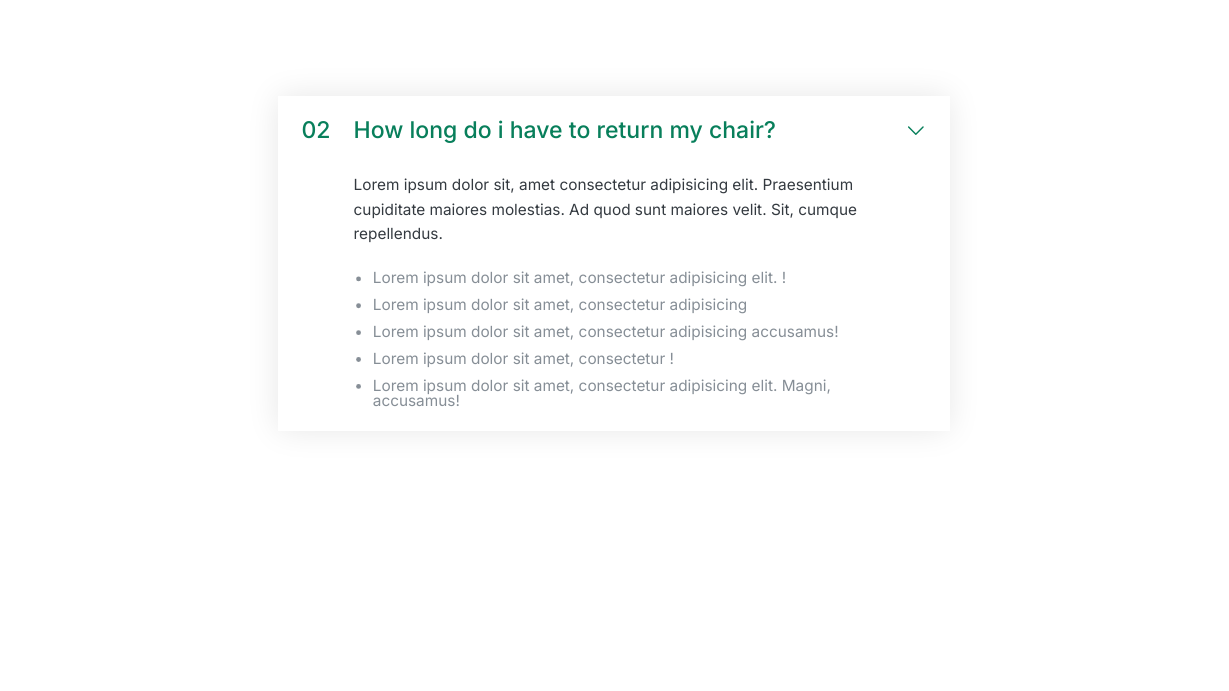
Repository: sunny070/CSS
Page: HTML and CSS some of the important components/index.html
The author's editor kept a copy of each file at every save. The page is drawn from the files as they stood at one save, then again after the next save.
The browser window is 1280 px wide. The pictures show the whole page, at 96% of full size.

Above is the page before, as saved 2023-11-13 15:21:11.

After the next save:
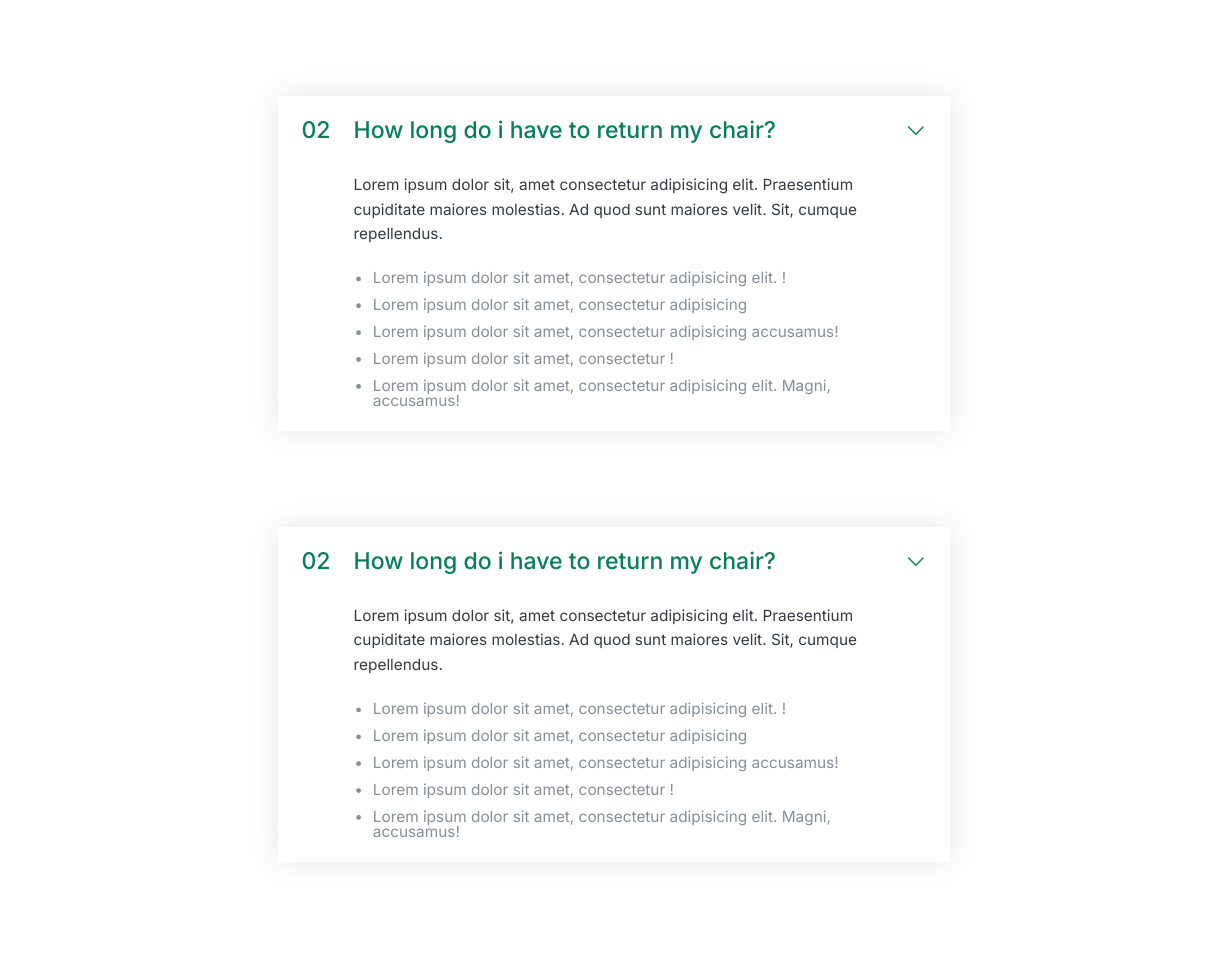
Saved 6 min 0 s later.
--- a/HTML and CSS some of the important components/index.html
+++ b/HTML and CSS some of the important components/index.html
@@ -104,6 +104,27 @@
   </div>
 
 </div>
+<div class="accordion">
+  <div class="item">
+  <p class="number"> 02</p>
+  <p class="text">How long do i have to return my chair?</p>
+  <svg class="icon" xmlns="http://www.w3.org/2000/svg" fill="none" viewBox="0 0 24 24" stroke-width="1.5" stroke="currentColor" class="w-6 h-6">
+    <path stroke-linecap="round" stroke-linejoin="round" d="M19.5 8.25l-7.5 7.5-7.5-7.5" />
+  </svg>
+  <div class="hidden-box">
+    <p>Lorem ipsum dolor sit, amet consectetur adipisicing elit. Praesentium cupiditate maiores molestias. Ad quod sunt maiores velit. Sit, cumque repellendus.</p>
+    <ul>
+      <li>Lorem ipsum dolor sit amet, consectetur adipisicing elit. !</li>
+      <li>Lorem ipsum dolor sit amet, consectetur adipisicing</li>
+      <li>Lorem ipsum dolor sit amet, consectetur adipisicing  accusamus!</li>
+      <li>Lorem ipsum dolor sit amet, consectetur !</li>
+      <li>Lorem ipsum dolor sit amet, consectetur adipisicing elit. Magni, accusamus!</li>
+
+    </ul>
+  </div>
+  </div>
+
+</div>
 
   </body>
 </html>
